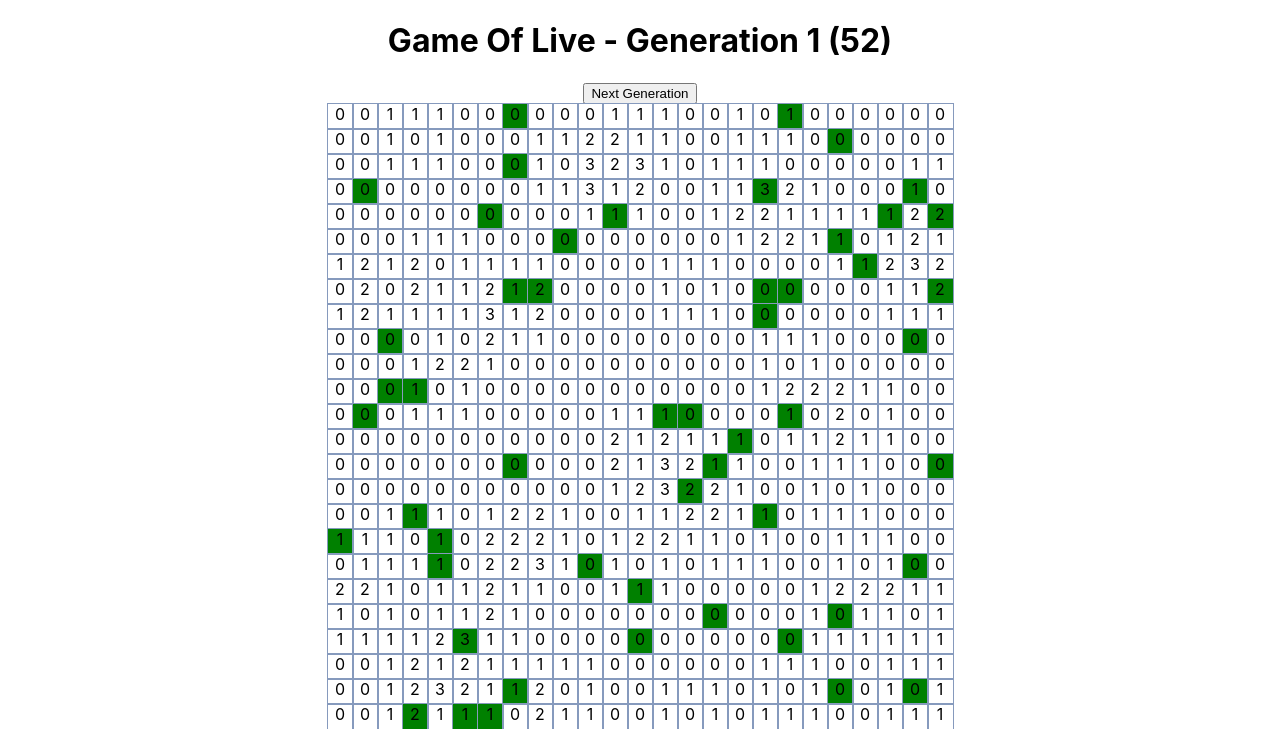
Repository: cfaguilera20/gol
Page: /
An editor plug-in stored every save of this project. The page is shown before and after a run of saves, followed by the edit.
The browser window is 1280 px wide. The pictures show the whole page.
The project was rebuilt for these pictures with package versions that can differ from the ones it lists, and the page was loaded fresh each time.

Above is the page before, as saved 2021-07-25 13:37:40.

After the next 2 saves:
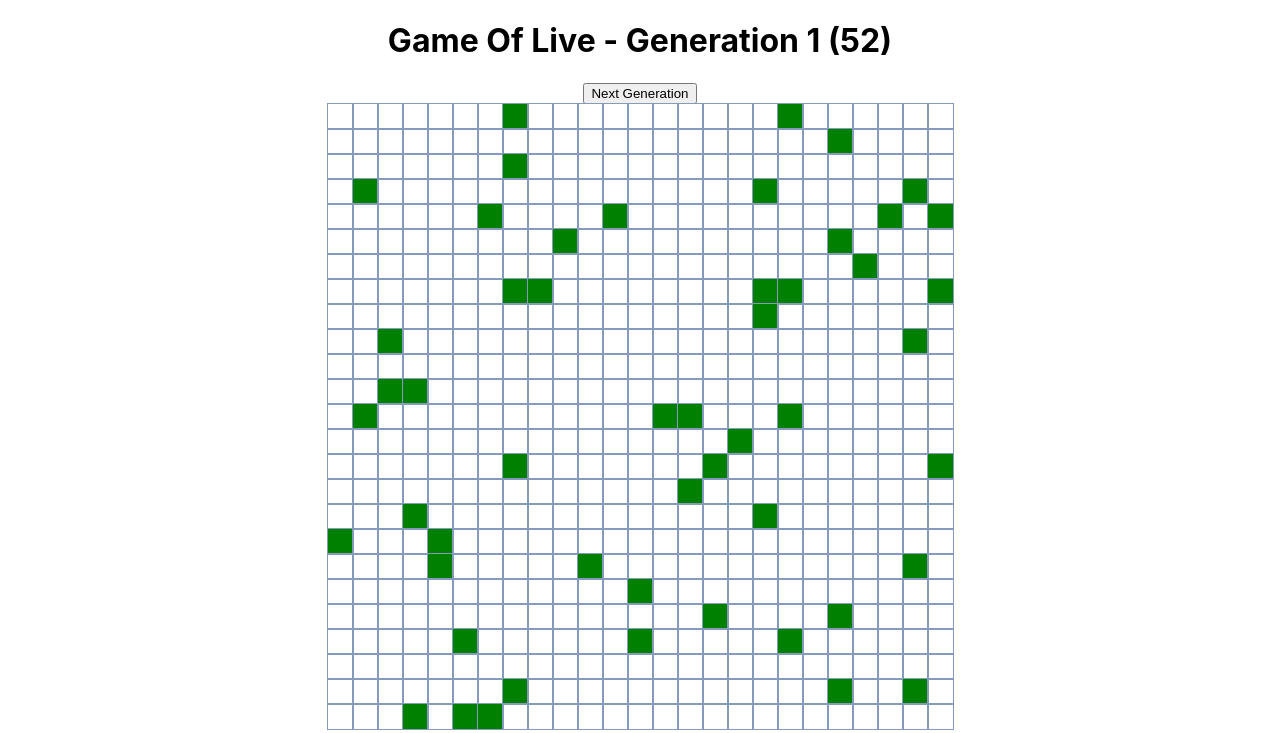
The 2 saves are shown as one change because they came seconds apart.
The last was saved 34 s later.
--- a/src/components/Board.jsx
+++ b/src/components/Board.jsx
@@ -32,9 +32,7 @@ const Board = (props) => {
                             const neighborsAlive =
                                 world.getNeighborsAliveCounter(rowIdx, cellIdx);
                             return (
-                                <div key={cellIdx} className={className}>
-                                    {neighborsAlive}
-                                </div>
+                                <div key={cellIdx} className={className}></div>
                             );
                         })}
                     </div>
